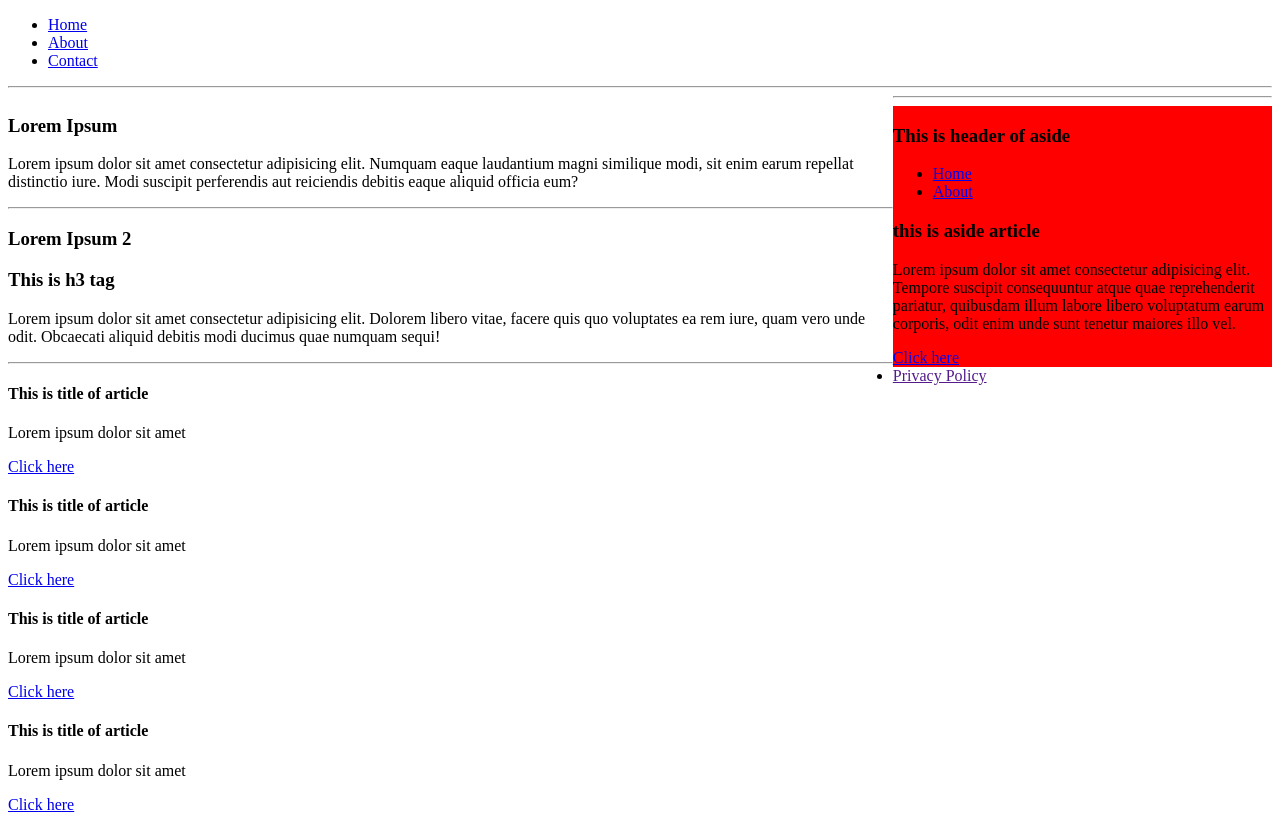
Repository: fisikusari/test-repo
Page: index.html
These files come from the project's save history. The page is drawn as it stood at one moment and after the next save; the edit follows.
The browser window is 1280 px wide. The pictures show the whole page.

Above is the page before, as saved 2021-11-11 18:13:27.

After the next save:
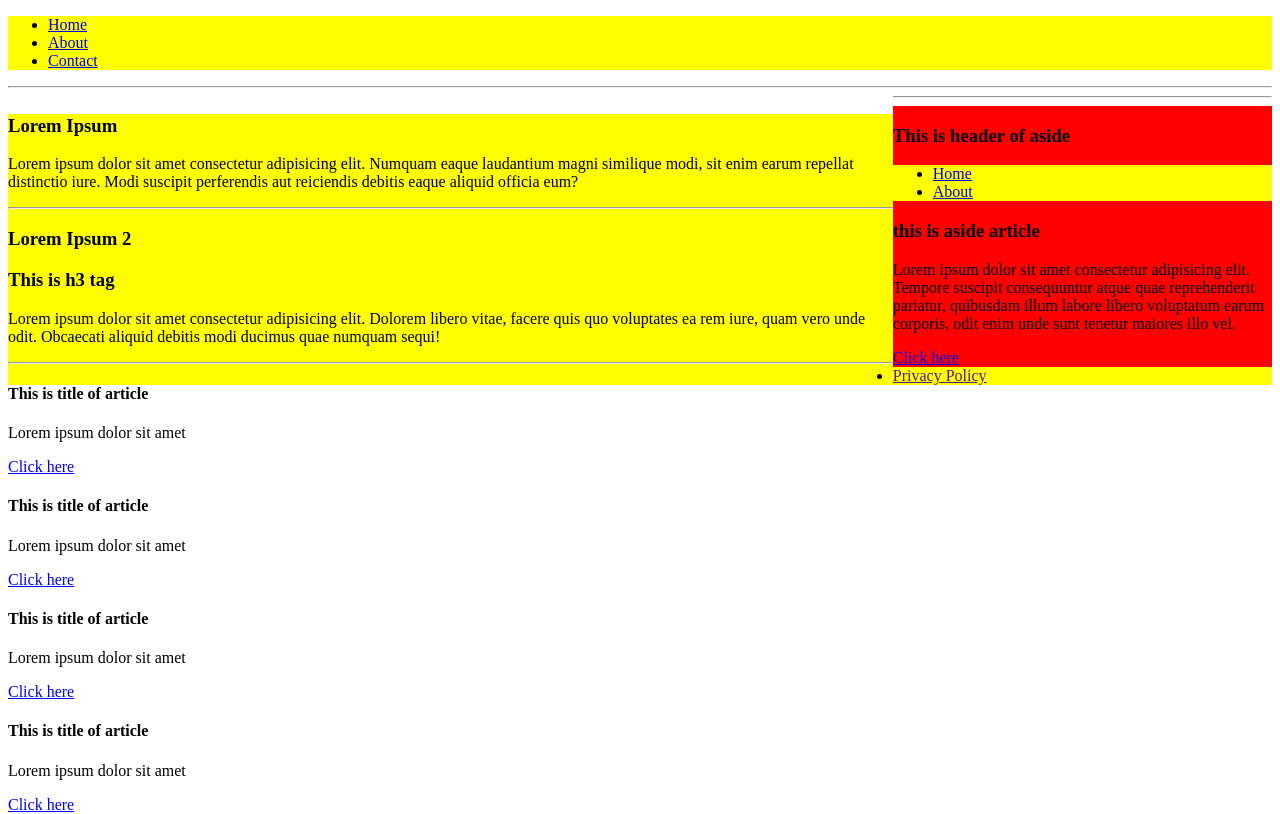
Saved 28 s later.
--- a/index.html
+++ b/index.html
@@ -16,6 +16,11 @@
   </ul>
 </nav>
 <style>
+  nav {
+    width: 100%;
+    background: yellow;
+  }
+
   .main {
     width: 70%;
     float: left;
